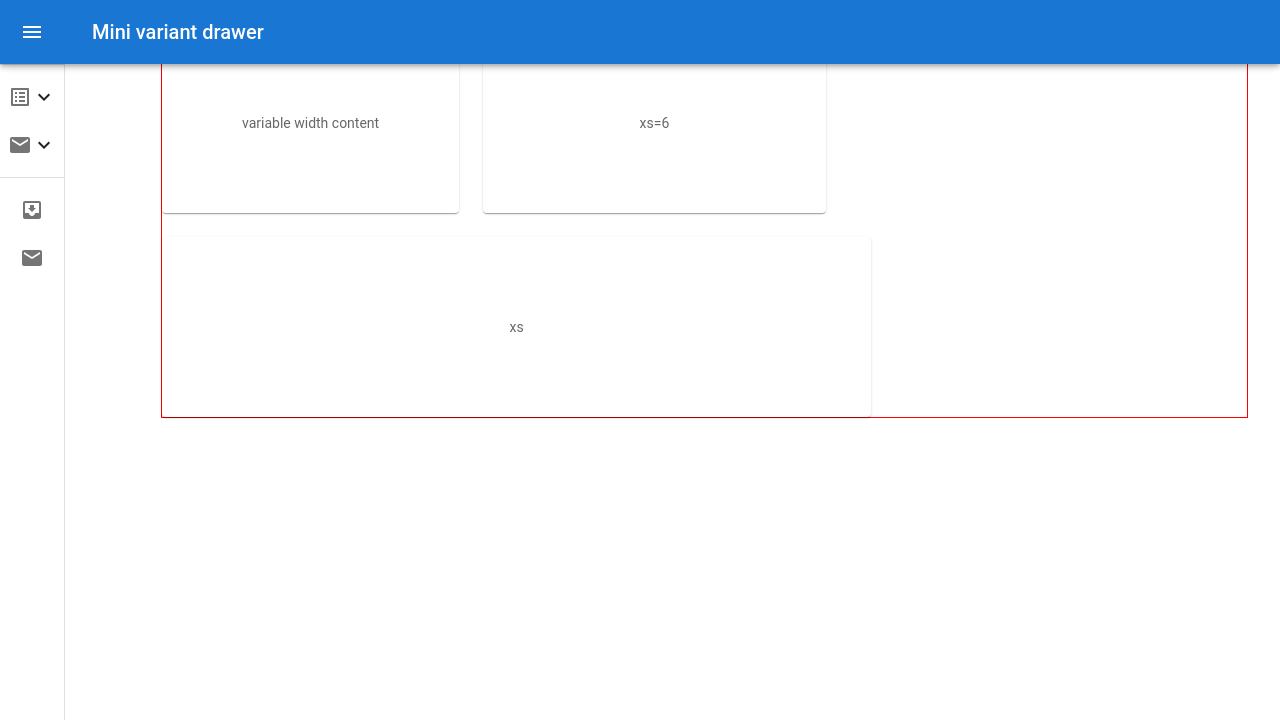
Repository: Vijay-Singh1/office-tools
Page: /createForm/Create-Form
These files come from the project's save history. The page is drawn as it stood at one moment and after the next save; the edit follows.
The browser window is 1280 px wide. The pictures show the whole page.
The project was rebuilt for these pictures with package versions that can differ from the ones it lists, and the page was loaded fresh each time. Also part of the build but not shown: vite.config.ts, src/FormBuilderApp/src/pages/OpenForms.tsx.

Above is the page before, as saved 2024-09-02 21:07:02.

### index.html
<!doctype html>
<html lang="en">
  <head>
    <meta charset="UTF-8" />
    <link rel="icon" type="image/svg+xml" href="/vite.svg" />
    <meta name="viewport" content="width=device-width, initial-scale=1.0" />
    <title>Office Tools</title>
  </head>
  <body>
    <div id="root"></div>
    <script type="module" src="/src/main.tsx"></script>
  </body>
</html>

### src/main.tsx
import { StrictMode } from 'react'
import { createRoot } from 'react-dom/client'
import App from './App.tsx'
import './index.css'// Import Tailwind CSS
import { ThemeProvider } from '@mui/material/styles';
import CssBaseline from '@mui/material/CssBaseline';
import theme from "./appTheme/appTheme.ts"
import AppRoutes from './routes.js';
createRoot(document.getElementById('root')!).render(
  <StrictMode>
    <ThemeProvider theme={theme}>
    <CssBaseline />
    <AppRoutes />
    </ThemeProvider>
  </StrictMode>,
)

### src/appTheme/appTheme.ts
// src/theme.ts
import { createTheme, ThemeOptions } from '@mui/material/styles';

const themeOptions: ThemeOptions = {
  palette: {
    primary: {
      main: '#1976d2',
    },
    secondary: {
      main: '#dc004e',
    },
  },
  typography: {
    fontFamily: 'Roboto, Arial, sans-serif',
    h1: {
      fontSize: '2.5rem',
      fontWeight: 500,
    },
    body1: {
      fontSize: '1rem',
    },
  },
  components: {
    MuiButton: {
      styleOverrides: {
        root: {
          textTransform: 'none',
          borderRadius: '8px',
        },
      },
    },
  },
};

const theme = createTheme(themeOptions);

export default theme;

### src/routes.tsx
import React from 'react';
import { createBrowserRouter, RouterProvider } from 'react-router-dom';

import Sidebar from './components/sidebar';
import { formBuilderRoutes } from './FormBuilderApp/src/formBuilderRoutes';
import App from './App';

// Combine routes from different modules
const router = createBrowserRouter([
  {
    path: '/',
    element: <App />,
    children: [
      ...formBuilderRoutes
      // Add other module routes here
    ],
  },
]);

const AppRoutes: React.FC = () => {
  return <RouterProvider router={router} />;
};

export default AppRoutes;

### src/FormBuilderApp/src/formBuilderRoutes.tsx
import React from 'react';
import { RouteObject } from 'react-router-dom';
import FormBuilderHome from './pages/FormBuilderHome';
import CreateForm from './pages/CreateForm';
import OpenForms from './pages/OpenForms';


export const formBuilderRoutes: RouteObject[] = [
  {
    path: 'createForm',
    element: <FormBuilderHome />,
    children: [
      {
        path: '/createForm/Create-Form',
        element: <CreateForm />,
      },
      {
        path: '/createForm/Open-Form',
        element: <OpenForms />,
      },
    ],
  },
];

### src/App.tsx
import { Outlet } from "react-router-dom";
import "./App.css";
import Sidebar from "./components/sidebar";
import { Box } from "@mui/material";

const App: React.FC = () => {
  return (
    <Box display="flex" width="100%" >
      <Box >
      <Sidebar />
      </Box>
      <Box display="flex" border = "1px solid red" flexGrow = {1} >
        <Outlet />
      </Box>
    </Box>
  );
};

export default App;

### src/FormBuilderApp/src/pages/FormBuilderHome.tsx
import React from 'react'
import { Outlet } from 'react-router-dom'

const FormBuilderHome = () => {
  return (
    <div id="detail">
        <Outlet />
      </div>
  )
}

export default FormBuilderHome

### src/FormBuilderApp/src/pages/CreateForm.tsx
import { styled } from '@mui/material/styles';
import Box from '@mui/material/Box';
import Paper from '@mui/material/Paper';
import Grid from '@mui/material/Grid';
import React from 'react'



const Item = styled(Paper)(({ theme }) => ({
  backgroundColor: theme.palette.mode === 'dark' ? '#1A2027' : '#fff',
  ...theme.typography.body2,
  padding: theme.spacing(10),
  textAlign: 'center',
  color: theme.palette.text.secondary,
}));
const CreateForm : React.FC = () => {
  return (
<Grid container spacing={3}>
  <Grid item xs="auto">
    <Item>variable width content</Item>
  </Grid>
  <Grid item xs={6}>
    <Item>xs=6</Item>
  </Grid>
  <Grid item xs>
    <Item>xs</Item>
  </Grid>
</Grid>
  )
}

export default CreateForm

### src/components/sidebar/index.tsx
import * as React from 'react';
import { styled, useTheme, Theme, CSSObject } from '@mui/material/styles';
import Box from '@mui/material/Box';
import MuiDrawer from '@mui/material/Drawer';
import MuiAppBar, { AppBarProps as MuiAppBarProps } from '@mui/material/AppBar'; // <-- Use MuiAppBar here for clarity
import Toolbar from '@mui/material/Toolbar';
import List from '@mui/material/List';
import CssBaseline from '@mui/material/CssBaseline';
import Typography from '@mui/material/Typography';
import Divider from '@mui/material/Divider';
import IconButton from '@mui/material/IconButton';
import MenuIcon from '@mui/icons-material/Menu';
import ChevronLeftIcon from '@mui/icons-material/ChevronLeft';
import ChevronRightIcon from '@mui/icons-material/ChevronRight';
import ListItem from '@mui/material/ListItem';
import ListItemButton from '@mui/material/ListItemButton';
import ListItemIcon from '@mui/material/ListItemIcon';
import ListItemText from '@mui/material/ListItemText';
import InboxIcon from '@mui/icons-material/MoveToInbox';
import MailIcon from '@mui/icons-material/Mail';
import Collapse from '@mui/material/Collapse';
import ExpandLess from '@mui/icons-material/ExpandLess';
import ExpandMore from '@mui/icons-material/ExpandMore';
import ListAltIcon from '@mui/icons-material/ListAlt';
import {  Link } from "react-router-dom";

const drawerWidth = 240;

const openedMixin = (theme: Theme): CSSObject => ({
  width: drawerWidth,
  transition: theme.transitions.create('width', {
    easing: theme.transitions.easing.sharp,
    duration: theme.transitions.duration.enteringScreen,
  }),
  overflowX: 'hidden',
});

const closedMixin = (theme: Theme): CSSObject => ({
  transition: theme.transitions.create('width', {
    easing: theme.transitions.easing.sharp,
    duration: theme.transitions.duration.leavingScreen,
  }),
  overflowX: 'hidden',
  width: `calc(${theme.spacing(7)} + 1px)`,
  [theme.breakpoints.up('sm')]: {
    width: `calc(${theme.spacing(8)} + 1px)`,
  },
});

const DrawerHeader = styled('div')(({ theme }) => ({
  display: 'flex',
  alignItems: 'center',
  justifyContent: 'flex-end',
  padding: theme.spacing(0, 1),
  // necessary for content to be below app bar
  ...theme.mixins.toolbar,
}));

interface AppBarProps extends MuiAppBarProps {
  open?: boolean;
}

const AppBar = styled(MuiAppBar, {
  shouldForwardProp: (prop) => prop !== 'open',
})<AppBarProps>(({ theme }) => ({
  zIndex: theme.zIndex.drawer + 1,
  transition: theme.transitions.create(['width', 'margin'], {
    easing: theme.transitions.easing.sharp,
    duration: theme.transitions.duration.leavingScreen,
  }),
  variants: [
    {
      props: ({ open }) => open,
      style: {
        marginLeft: drawerWidth,
        width: `calc(100% - ${drawerWidth}px)`,
        transition: theme.transitions.create(['width', 'margin'], {
          easing: theme.transitions.easing.sharp,
          duration: theme.transitions.duration.enteringScreen,
        }),
      },
    },
  ],
}));

const Drawer = styled(MuiDrawer, { shouldForwardProp: (prop) => prop !== 'open' })(
  ({ theme }) => ({
    width: drawerWidth,
    flexShrink: 0,
    whiteSpace: 'nowrap',
    boxSizing: 'border-box',
    variants: [
      {
        props: ({ open }) => open,
        style: {
          ...openedMixin(theme),
          '& .MuiDrawer-paper': openedMixin(theme),
        },
      },
      {
        props: ({ open }) => !open,
        style: {
          ...closedMixin(theme),
          '& .MuiDrawer-paper': closedMixin(theme),
        },
      },
    ],
  }),
);

const Sidebar: React.FC = () => {
  const theme = useTheme();
  const [open, setOpen] = React.useState(false);
  const [nestedOpen, setNestedOpen] = React.useState({ 0: false, 1: false });

  const handleDrawerOpen = () => {
    setOpen(true);
  };

  const handleDrawerClose = () => {
    setOpen(false);
  };

  const handleNestedClick = (index: number) => {
    setNestedOpen((prev) => ({ ...prev, [index]: !prev[index] }));
  };
  const handleClick = (element: string) => {
    if(element === "Create Form"){
      console.log(element)
    }
  };

  return (
    <Box sx={{ display: 'flex' }}>
      <CssBaseline />
      <AppBar position="fixed" open={open}>
        <Toolbar>
          <IconButton
            color="inherit"
            aria-label="open drawer"
            onClick={handleDrawerOpen}
            edge="start"
            sx={[
              { marginRight: 5 },
              open && { display: 'none' },
            ]}
          >
            <MenuIcon />
          </IconButton>
          <Typography variant="h6" noWrap component="div">
            Mini variant drawer
          </Typography>
        </Toolbar>
      </AppBar>
      <Drawer variant="permanent" open={open}>
        <DrawerHeader>
          <IconButton onClick={handleDrawerClose}>
            {theme.direction === 'rtl' ? <ChevronRightIcon /> : <ChevronLeftIcon />}
          </IconButton>
        </DrawerHeader>
        <Divider />
        <List>
          {['Form Builder', 'Image Editor'].map((text, index) => (
            <>
              <ListItem key={index} disablePadding sx={{ display: 'block' }}>
                <ListItemButton
                  onClick={() => handleNestedClick(index)}
                  sx={[
                    { minHeight: 48, px: 2.5 },
                    open ? { justifyContent: 'initial' } : { justifyContent: 'center' },
                  ]}
                >
                  <ListItemIcon
                    sx={[
                      { minWidth: 0, justifyContent: 'center' },
                      open ? { mr: 3 } : { mr: 'auto' },
                    ]}
                  >
                    {index % 2 === 0 ? <ListAltIcon /> : <MailIcon />}
                  </ListItemIcon>
                  <ListItemText
                    primary={text}
                    sx={[open ? { opacity: 1 } : { opacity: 0 }]}
                  />
                  {nestedOpen[index] ? <ExpandLess /> : <ExpandMore />}
                </ListItemButton>
              </ListItem>
              <Collapse in={nestedOpen[index]} timeout="auto" unmountOnExit>
                <List component="div" disablePadding>
                  {['Create Form', 'Open Form'].map((subtext, idx) => (
                    <Link to ={`/createForm/${subtext.split(" ")[0]}-${subtext.split(" ")[1]}`}>
                    <ListItemButton key={idx} sx={{ pl: 4 }} >
                      <ListItemIcon>
                      <ListAltIcon/>
                      </ListItemIcon>
                      <ListItemText primary={subtext} />
                    </ListItemButton>
                    </Link>
                  ))}
                </List>
              </Collapse>
            </>
          ))}
        </List>
        <Divider />
        {/* Other Items */}
        <List>
          {['Docs Creator', 'SpreadSheet'].map((text, index) => (
            <ListItem key={index} disablePadding sx={{ display: 'block' }}>
              <ListItemButton
                sx={[
                  { minHeight: 48, px: 2.5 },
                  open ? { justifyContent: 'initial' } : { justifyContent: 'center' },
                ]}
              >
                <ListItemIcon
                  sx={[
                    { minWidth: 0, justifyContent: 'center' },
                    open ? { mr: 3 } : { mr: 'auto' },
                  ]}
                >
                  {index % 2 === 0 ? <InboxIcon /> : <MailIcon />}
                </ListItemIcon>
                <ListItemText
                  primary={text}
                  sx={[open ? { opacity: 1 } : { opacity: 0 }]}
                />
              </ListItemButton>
            </ListItem>
          ))}
        </List>
      </Drawer>
      <Box component="main" sx={{ flexGrow: 1, p: 3 }}>
        <DrawerHeader />
        {/* Your Main Content Here */}
      </Box>
    </Box>
  );
};

export default Sidebar;

Loaded but not shown: src/index.css (common file); src/App.css (common file)

After the next save:
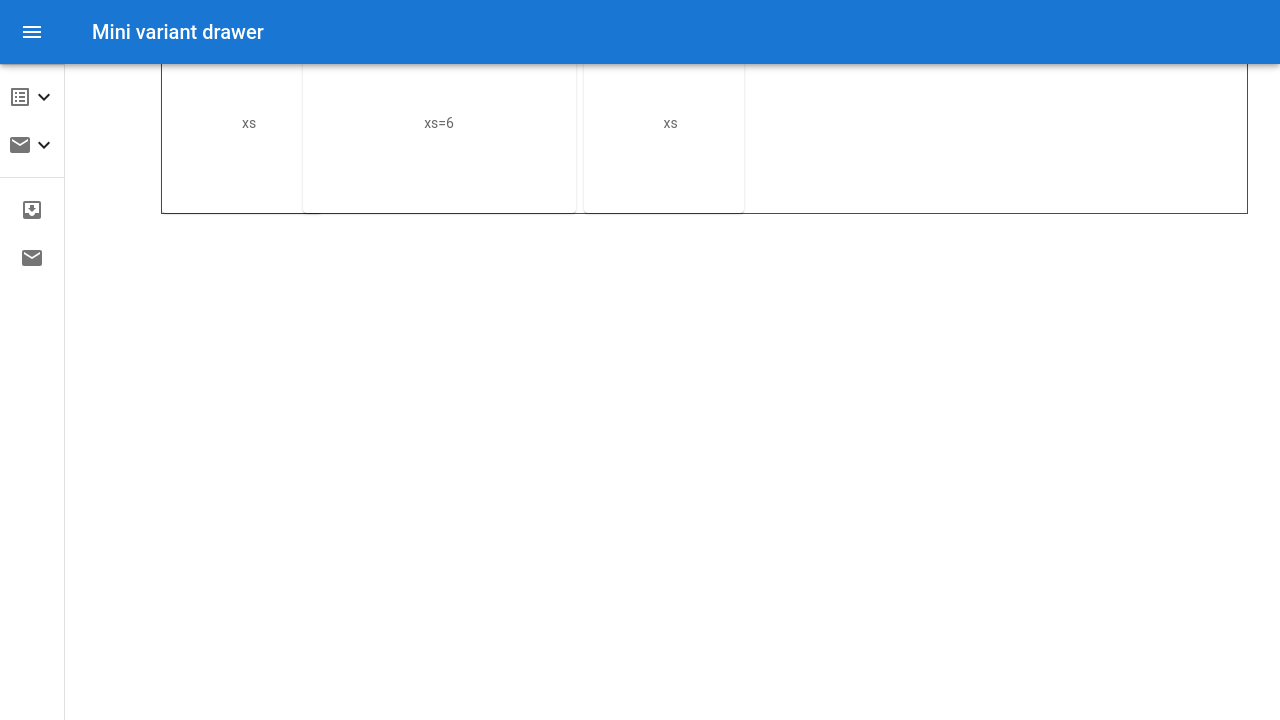
Saved 57 min 58 s later.
--- a/src/FormBuilderApp/src/pages/CreateForm.tsx
+++ b/src/FormBuilderApp/src/pages/CreateForm.tsx
@@ -15,17 +15,19 @@ const Item = styled(Paper)(({ theme }) => ({
 }));
 const CreateForm : React.FC = () => {
   return (
-<Grid container spacing={3}>
-  <Grid item xs="auto">
-    <Item>variable width content</Item>
-  </Grid>
-  <Grid item xs={6}>
-    <Item>xs=6</Item>
-  </Grid>
-  <Grid item xs>
-    <Item>xs</Item>
-  </Grid>
-</Grid>
+    <Box >
+      <Grid container spacing={1} >
+        <Grid item xs={3}>
+          <Item>xs</Item>
+        </Grid>
+        <Grid item xs={6}>
+          <Item>xs=6</Item>
+        </Grid>
+        <Grid item xs={3} >
+          <Item>xs</Item>
+        </Grid>
+      </Grid>
+    </Box>
   )
 }
 
